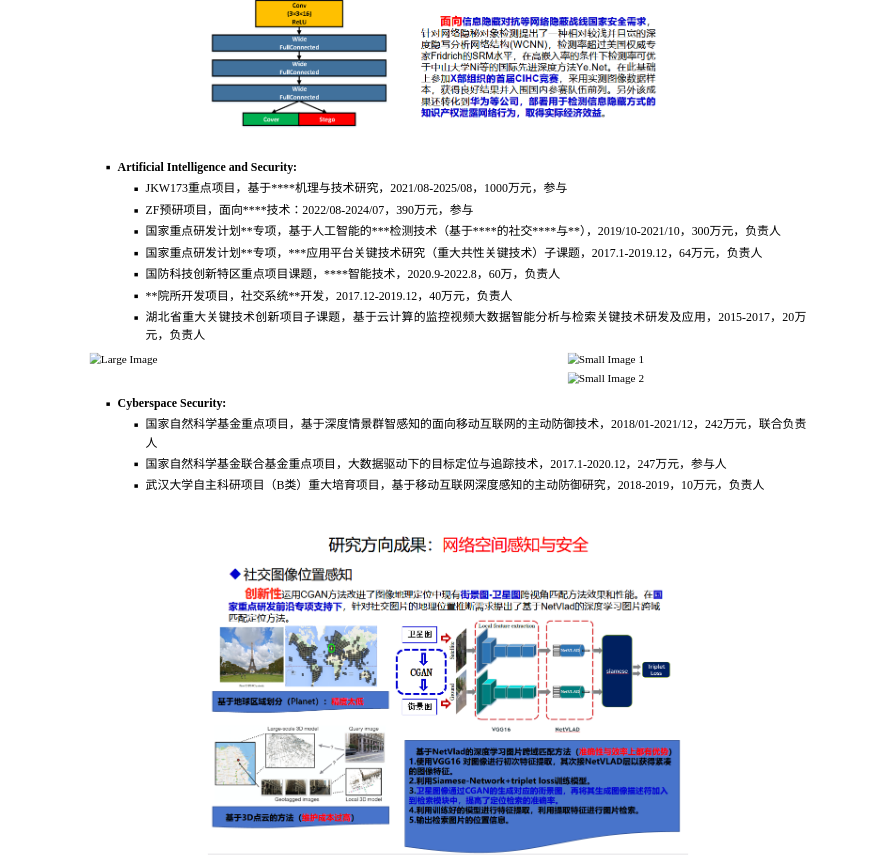
Repository: yedengpan/yedengpan.github.io
Page: research.html
These files come from the project's save history. The page is drawn as it stood at one moment and after the next save; the edit follows.
The browser window is 1280 px wide. The pictures show the part of the page from y = 797 to 2717 px (the page is 2026 px tall before and 2717 px after), at 70% of full size.

Above is the page before, as saved 2023-12-04 15:45:59.
Console error: SyntaxError: Unexpected token '%'
Not found: path/to/large-image.jpg
Not found: path/to/small-image1.jpg
Not found: path/to/small-image2.jpg

### research.html
<!DOCTYPE html PUBLIC "-//W3C//DTD XHTML 1.1//EN" "http://www.w3.org/TR/xhtml11/DTD/xhtml11.dtd">
<html xmlns="http://www.w3.org/1999/xhtml" xml:lang="en">
<head>
    <meta http-equiv="Content-Type" content="text/html; charset=UTF-8" />
    <meta name="generator" content="jemdoc, see http://jemdoc.jaboc.net/" />

    <link rel="stylesheet" href="./source_files/jemdoc.css" type="text/css" />
    <title>主持或参加科研项目</title>
    <script type="text/javascript" src="./source_files/jquery-1.12.4.min.js"></script>
    <script src="./source_files/main.js"></script>
    <title>插入图片</title>
    <style>
        .center-image {
            display: block;
            margin: 0 auto;
            width: 67%;
        }
    </style>


    <style>
        .image-container {
            display: flex;
        }

        .large-image {
            flex: 2; /* 占据总宽度的 2/3 */
            width: 100%;
            height: auto;
        }

        .small-images {
            flex: 1; /* 占据总宽度的 1/3 */
            display: flex;
            flex-direction: column; /* 垂直排列 */
        }

        .small-images img {
            width: 100%;
            height: auto;
            margin-bottom: 10px; /* 图片之间的垂直间距 */
        }
    </style>

</head>
<body class="my-body">
    <div id="layout-content">

        <div id="toptitle">
            <h1 width=100% id="home">
                &nbsp;&nbsp;&nbsp;&nbsp;
                <font color="#880000">叶登攀 @ 武汉大学</font>
                &nbsp;&nbsp;&nbsp;&nbsp;&nbsp;&nbsp;&nbsp;&nbsp;&nbsp;&nbsp;&nbsp;&nbsp;&nbsp;&nbsp;&nbsp;&nbsp;&nbsp;&nbsp;
                <a href="./index.html"><font color="#880000" size="4.0px">主页</font></a>
                &nbsp;&nbsp;
                <a href="./research.html"><font color="#880000" size="4.0px">Research &nbsp;&nbsp;</font></a>
                <a href="./publication.html"><font color="#880000" size="4.0px">Publication &nbsp;&nbsp;</font></a>
                <a href="./patent.html"><font color="#880000" size="4.0px">授权与专利 &nbsp;&nbsp;</font></a>
                <a href="./awards.html"><font color="#880000" size="4.0px">竞赛和获奖 &nbsp;&nbsp;</font></a>
                <a href="./student.html"><font color="#880000" size="4.0px">指导学生 &nbsp;&nbsp;</font></a>                &nbsp;&nbsp;&nbsp;&nbsp;
            </h1>
        </div>

        <br /> <br />

        <h2>研究介绍</h2>

        <ul>
            <li>
                <p style="text-align:justify;">
                    长期坚持网络与信息安全、大数据与人工智能等国家安全战略研究方向，深入对接国家安全隐蔽战线前沿需求，为国防科技做出了应有贡献。
                    在信息隐藏对抗方向首次提出利用对抗样本安全隐写思想，设计了一种能够有效欺骗基于CNN隐写分析器的安全隐写策略；在网络空间地理图像定位领域，提出基于CGAN的图像地理定位新方法，改进现有街景图-卫星图跨视角匹配的定位准确性；
                    在多媒体虚假内容检测方面，提出一系列针对深度伪造对抗的新理论和新方法，并在实际应用中的跨库和少样本条件下的检测和防御难题上取得若干突破。
                    以上相关技术部署应用到国家X部重点研发示范应用、360、华为技术有限公司等单位，并得到积极评价和实际效益。

                </p>
            </li>
        </ul>



        <h2>主持或参加科研项目</h2>
        <ul>
            <!--            <li><p style="text-align:justify;"><b>Image Processing and Steganalysis:</b></p></li>
        -->
            <li><p style="text-align:justify;"><b>Watermarking and Information Hiding:</b></p></li>
            <ul>
                <li><p style="text-align:justify;"> 国家自然科学基金面上项目，面向安全图像隐写应用的通用鲁棒对抗样本理论方法研究，2021/01-2024/12，57万元，负责人</p></li>
                <li><p style="text-align:justify;"> 国家自然科学基金联合基金培育项目，大数据环境下的深度图像隐写分析关键技术研究，2017.1-2019.12，68万元，负责人</p></li>
                <li><p style="text-align:justify;"> 国家自然科学基金面上项目，面向多媒体密域的客户端数字指纹同态化嵌入理论和技术，2013/01-2016/12，79万元，负责人</p></li>
                <li><p style="text-align:justify;"> 国家自然科学基金面上项目，基于去同步思想的实时视频数字指纹技术研究，2010/01-2012/12，18万元，负责人</p></li>

                <li><p style="text-align:justify;"> 华为开发项目，反信息隐藏技术开发，2015-2016，30万元，负责人</p></li>
            </ul>
        </ul>
        <img class="center-image" src="./source_files/111.png" alt="information_hiding" />

        <ul>
            <li><p style="text-align:justify;"><b>Artificial Intelligence and Security:</b></p></li>
            <ul>
                <li><p style="text-align:justify;"> JKW173重点项目，基于****机理与技术研究，2021/08-2025/08，1000万元，参与</p></li>
                <li><p style="text-align:justify;"> ZF预研项目，面向****技术：2022/08-2024/07，390万元，参与</p></li>
                <li><p style="text-align:justify;"> 国家重点研发计划**专项，基于人工智能的***检测技术（基于****的社交****与**），2019/10-2021/10，300万元，负责人</p></li>

                <li><p style="text-align:justify;"> 国家重点研发计划**专项，***应用平台关键技术研究（重大共性关键技术）子课题，2017.1-2019.12，64万元，负责人</p></li>
                <li><p style="text-align:justify;"> 国防科技创新特区重点项目课题，****智能技术，2020.9-2022.8，60万，负责人</p></li>
                <li><p style="text-align:justify;"> **院所开发项目，社交系统**开发，2017.12-2019.12，40万元，负责人</p></li>

                <li><p style="text-align:justify;"> 湖北省重大关键技术创新项目子课题，基于云计算的监控视频大数据智能分析与检索关键技术研发及应用，2015-2017，20万元，负责人</p></li>
            </ul>
        </ul>
        <!-- <img class="center-image" src="./source_files/222.png" alt="artificial_security" /> -->

        <div class="image-container">
            <img class="large-image" src="path/to/large-image.jpg" alt="Large Image">
            <div class="small-images">
                <img src="path/to/small-image1.jpg" alt="Small Image 1">
                <img src="path/to/small-image2.jpg" alt="Small Image 2">
            </div>
        </div>

        <ul>
            <li><p style="text-align:justify;"><b> Cyberspace Security:</b></p></li>
            <ul>
                <li><p style="text-align:justify;"> 国家自然科学基金重点项目，基于深度情景群智感知的面向移动互联网的主动防御技术，2018/01-2021/12，242万元，联合负责人</p></li>
                <li><p style="text-align:justify;"> 国家自然科学基金联合基金重点项目，大数据驱动下的目标定位与追踪技术，2017.1-2020.12，247万元，参与人</p></li>
                <li><p style="text-align:justify;"> 武汉大学自主科研项目（B类）重大培育项目，基于移动互联网深度感知的主动防御研究，2018-2019，10万元，负责人</p></li>

            </ul>
        </ul>
        <img class="center-image" src="./source_files/333.png" alt="cyberspace_security" />

    </div>
</body>
</html>

### source_files/jemdoc.css
/* Default css file for jemdoc. */

table#tlayout {
    border: none;
    border-collapse: separate;
    background: white;
}

/*body.my-body {
	background: white;*/
	/*	font-family: Georgia, serif;*/
	/*font-family: "Times New Roman", Sans-serif, Serif, Arial, Helvetica, sans-serif;
	padding-bottom: 8px;
	margin: 0;
	text-align: center;
}*/


/* 设置英文文字的字体样式 */
:lang(en) {
	font-family: "Arial", sans-serif;
}

/* 排除其他语言的文字样式设置 */
:not(:lang(en)) {
	font-family: inherit;
}


#layout-menu {
	background: #f6f6f6;
	border: 1px solid #dddddd;
	padding-top: 0.5em;
	padding-left: 8px;
	padding-right: 8px;
	font-size: 1.0em;
	width: auto;
	white-space: nowrap;
    text-align: left;
    vertical-align: top;
}

#layout-menu td {
	background: #f4f4f4;
    vertical-align: top;
}

#layout-content {
	padding-top: 0.0em;
	padding-left: 1.0em;
	padding-right: 1.0em;
    border: none;
    background: white;
    text-align: left;
    vertical-align: top;
    /* width:950px; */
    width:1024px;
	/* width:1024px; */
    margin: auto;
}

#layout-menu a {
	line-height: 1.5em;
	margin-left: 0.5em;
}

tt {
    background: #ffffdd;
}

pre, tt {
	font-size: 90%;
	font-family: monaco, monospace;
}

a, a > tt {
	/*color: #0000FF;*/
  color: #0055AA;
	text-decoration: none;
}

a:hover {
	border-bottom: 1px gray dotted;
}

#layout-menu a.current:link, #layout-menu a.current:visited {
	color: #022b6d;
	border-bottom: 1px gray solid;
}
#layout-menu a:link, #layout-menu a:visited, #layout-menu a:hover {
	color: #527bbd;
	text-decoration: none;
}
#layout-menu a:hover {
	text-decoration: none;
}

div.menu-category {
	border-bottom: 1px solid gray;
	margin-top: 0.8em;
	padding-top: 0.2em;
	padding-bottom: 0.1em;
	font-weight: bold;
}

div.menu-item {
	padding-left: 16px;
	text-indent: -16px;
}

div#toptitle {
	padding-bottom: 0.2em;
	margin-bottom: 1.5em;
	border-bottom: 3px double gray;
  position:fixed;

}

/* Reduce space if we begin the page with a title. */
div#toptitle + h2, div#toptitle + h3 {
	margin-top: -0.7em;
}

div#subtitle {
	margin-top: 0.0em;
	margin-bottom: 0.0em;
	padding-top: 0em;
	padding-bottom: 0.1em;
}

em {
	font-style: italic;
}

strong {
	font-weight: bold;
}


h1, h2, h3 {
	color: #000000;
	margin-top: 0.9em;
	margin-bottom: 0.3em;
	padding-bottom: 0.2em;
	line-height: 1.0;
	padding-top: 0.5em;
	border-bottom: 1px solid #aaaaaa;
}

h1 {
	font-size: 165%;
  /*background: #003366;*/
  background: #C7C6C6;
  line-height: 1.5;
}

h2 {
	padding-top: 0.8em;
	font-size: 125%;
}

h2 + h3 {
    padding-top: 0.2em;
}

h3 {
	font-size: 110%;
	border-bottom: none;
}

p {
	margin-top: 0.0em;
	margin-bottom: 0.8em;
	padding: 0;
	line-height: 1.5;
  /*size of font in body*/
  font-size: 17px;
}

pre {
	padding: 0;
	margin: 0;
}

div#footer {
	font-size: small;
	border-top: 1px solid #c0c0c0;
	padding-top: 0.1em;
	margin-top: 4.0em;
	color: #c0c0c0;
}

div#footer a {
	color: #80a0b0;
}

div#footer-text {
	float: left;
	padding-bottom: 8px;
}

ul, ol, dl {
	margin-top: 0.2em;
	padding-top: 0;
	margin-bottom: 0.8em;
}

dt {
	margin-top: 0.5em;
	margin-bottom: 0;
}

dl {
	margin-left: 20px;
}

dd {
	color: #222222;
}

dd > *:first-child {
	margin-top: 0;
}

ul {
	list-style-position: outside;
	list-style-type: square;
}

p + ul, p + ol {
	margin-top: -0.5em;
}

li ul, li ol {
	margin-top: -0.3em;
}

ol {
	list-style-position: outside;
	list-style-type: decimal;
}

li p, dd p {
	margin-bottom: 0.3em;
}


ol ol {
	list-style-type: lower-alpha;
}

ol ol ol {
	list-style-type: lower-roman;
}

p + div.codeblock {
	margin-top: -0.6em;
}

div.codeblock, div.infoblock {
	margin-right: 0%;
	margin-top: 1.2em;
	margin-bottom: 1.3em;
}

div.blocktitle {
	font-weight: bold;
	color: #cd7b62;
	margin-top: 1.2em;
	margin-bottom: 0.1em;
}

div.blockcontent {
	border: 1px solid silver;
	padding: 0.3em 0.5em;
}

div.infoblock > div.blockcontent {
	background: #ffffee;
}

div.blockcontent p + ul, div.blockcontent p + ol {
	margin-top: 0.4em;
}

div.infoblock p {
	margin-bottom: 0em;
}

div.infoblock li p, div.infoblock dd p {
	margin-bottom: 0.5em;
}

div.infoblock p + p {
	margin-top: 0.8em;
}

div.codeblock > div.blockcontent {
	background: #f6f6f6;
}

span.pycommand {
	color: #000070;
}

span.statement {
	color: #008800;
}
span.builtin {
	color: #000088;
}
span.special {
	color: #990000;
}
span.operator {
	color: #880000;
}
span.error {
	color: #aa0000;
}
span.comment, span.comment > *, span.string, span.string > * {
	color: #606060;
}

@media print {
	#layout-menu { display: none; }
}

#fwtitle {
	margin: 2px;
}

#fwtitle #toptitle {
	padding-left: 0.5em;
	margin-bottom: 0.5em;
}

#layout-content h1:first-child, #layout-content h2:first-child, #layout-content h3:first-child {
	margin-top: -0.7em;
}

div#toptitle h1, #layout-content div#toptitle h1 {
	margin-bottom: 0.0em;
	padding-bottom: 0.1em;
	padding-top: 0;
	margin-top: 0.5em;
	border-bottom: none;
}

img.eq {
	padding: 0;
	padding-left: 0.1em;
	padding-right: 0.1em;
	margin: 0;
}

img.eqwl {
	padding-left: 2em;
	padding-top: 0.6em;
	padding-bottom: 0.2em;
	margin: 0;
}

table {
    border: 2px solid black;
    border-collapse: collapse;
}

td {
    padding: 2px;
    padding-left: 0.5em;
    padding-right: 0.5em;
    text-align: center;
    border: 1px solid gray;
}

table + table {
    margin-top: 1em;
}

tr.heading {
    font-weight: bold;
    border-bottom: 2px solid black;
}

img {
    border: none;
}

table.imgtable, table.imgtable td {
    border: none;
    text-align: left;
    padding-top: 4em;
}

### static/js/main.js
---
---
$(function() {
  deadlineByConf = {};

  {% for conf in site.data.conferences %}
  {% assign conf_id = conf.name | append: conf.year | slugify %}
  {% if conf.deadline == "TBA" %}
  $('#{{ conf_id }} .timer').html("TBA");
  $('#{{ conf_id }} .deadline-time').html("TBA");
  deadlineByConf["{{ conf_id }}"] = null;

  {% else %}
  var rawDeadlines = {{ conf.deadline | jsonify }} || [];
  if (rawDeadlines.constructor !== Array) {
    rawDeadlines = [rawDeadlines];
  }
  var parsedDeadlines = [];
  while (rawDeadlines.length > 0) {
    var rawDeadline = rawDeadlines.pop();
    // check if date is template
    if (rawDeadline.indexOf('%m') >= 0) {
      for (var m = 1; m <= 12; m++) {
        rawDeadlines.push(rawDeadline.replace('%m', m < 10 ? '0' + m : m));
      }
    } else if (rawDeadline.indexOf('%y') >= 0) {
      year = parseInt(moment().year());
      rawDeadlines.push(rawDeadline.replace('%y', year));
      rawDeadlines.push(rawDeadline.replace('%y', year + 1));

    } else {
      // adjust date according to deadline timezone
      {% if conf.timezone %}
      var deadline = moment.tz(rawDeadline, "{{ conf.timezone }}");
      {% else %}
      var deadline = moment.tz(rawDeadline, "Etc/GMT+12"); // Anywhere on Earth
      {% endif %}

      // post-process date
      if (deadline.minutes() === 0) {
        deadline.subtract(1, 'seconds');
      }
      if (deadline.minutes() === 59) {
        deadline.seconds(59);
      }
      parsedDeadlines.push(deadline);
    }
  }

  // check which deadline is closest
  var confDeadline = parsedDeadlines[0];
  var today = moment();
  for (var i = 1; i < parsedDeadlines.length; i++) {
    deadlineCandidate = parsedDeadlines[i];
    if ((today.diff(deadlineCandidate) < 0 && today.diff(deadlineCandidate) > today.diff(confDeadline))) {
      confDeadline = deadlineCandidate;
    }
  }

  // render countdown timer
  if (confDeadline) {
    function make_update_countdown_fn(confDeadline) {
      return function(event) {
        diff = moment() - confDeadline
        if (diff <= 0) {
           $(this).html(event.strftime('%D days %Hh %Mm %Ss'));
        } else {
          $(this).html(confDeadline.fromNow());
        }
      }
    }
    $('#{{ conf_id }} .timer').countdown(confDeadline.toDate(), make_update_countdown_fn(confDeadline));
    // check if date has passed, add 'past' class to it
    if (moment() - confDeadline > 0) {
      $('#{{ conf_id }}').addClass('past');
    }
    $('#{{ conf_id }} .deadline-time').html(confDeadline.local().format('D MMM YYYY, h:mm:ss a'));
    deadlineByConf["{{ conf_id }}"] = confDeadline;
  }
  {% endif %}
  {% endfor %}

  // Reorder list
  confs = $('.conf');
  confs.detach().sort(function(a, b) {
    var today = moment();
    var a = deadlineByConf[a.id];
    var b = deadlineByConf[b.id];
    var diff1 = today.diff(a)
    var diff2 = today.diff(b)
    if (a == null && b == null) {
      return 0;
    }
    if (a == null && diff2 > 0) {
      return -1;
    }
    if (a == null && diff2 < 0) {
      return +1;
    }
    if (b == null && diff1 > 0) {
      return +1;
    }
    if (b == null && diff1 < 0) {
      return -1;
    }
    if (diff1 < 0 && diff2 > 0) {
      return -1;
    }
    if (diff1 > 0 && diff2 < 0) {
      return +1;
    }
    if (diff1 < 0 && diff2 < 0) {
      return -1 ? diff1 < diff2 : +1;
    }
    if (diff1 > 0 && diff2 > 0) {
      return -1 ? a < b : +1;
    }
  });
  $('.conf-container').append(confs);

  // Set checkboxes
  var conf_type_data = {{ site.data.types | jsonify }};
  var all_tags = [];
  var toggle_status = {};
  for (var i = 0; i < conf_type_data.length; i++) {
    all_tags[i] = conf_type_data[i]['tag'];
    toggle_status[all_tags[i]] = false;
  }
  var tags = store.get('{{ site.domain }}');
  if (tags === undefined) {
    tags = all_tags;
  }
  for (var i = 0; i < tags.length; i++) {
    $('#' + tags[i] + '-checkbox').prop('checked', true);
    toggle_status[tags[i]] = true;
  }
  store.set('{{ site.domain }}', tags);

  function update_conf_list() {
    confs.each(function(i, conf) {
      var conf = $(conf);
      var show = false;
      for (var i = 0; i < all_tags.length; i++) {
        if(conf.hasClass(all_tags[i])) {
          show = show | toggle_status[all_tags[i]];
        }
      }
      if (show) {
        conf.show();
      } else {
        conf.hide()
      }
    });
  }
  update_conf_list();

  // Event handler on checkbox change
  $('form :checkbox').change(function(e) {
    var checked = $(this).is(':checked');
    var tag = $(this).prop('id').slice(0, -9);
    toggle_status[tag] = checked;

    if (checked == true) {
      if (tags.indexOf(tag) < 0)
        tags.push(tag);
    }
    else {
      var idx = tags.indexOf(tag);
      if (idx >= 0)
        tags.splice(idx, 1);
    }
    store.set('{{ site.domain }}', tags);
    update_conf_list();
  });
});

Loaded but not shown: source_files/jquery-1.12.4.min.js (library)

After the next save:
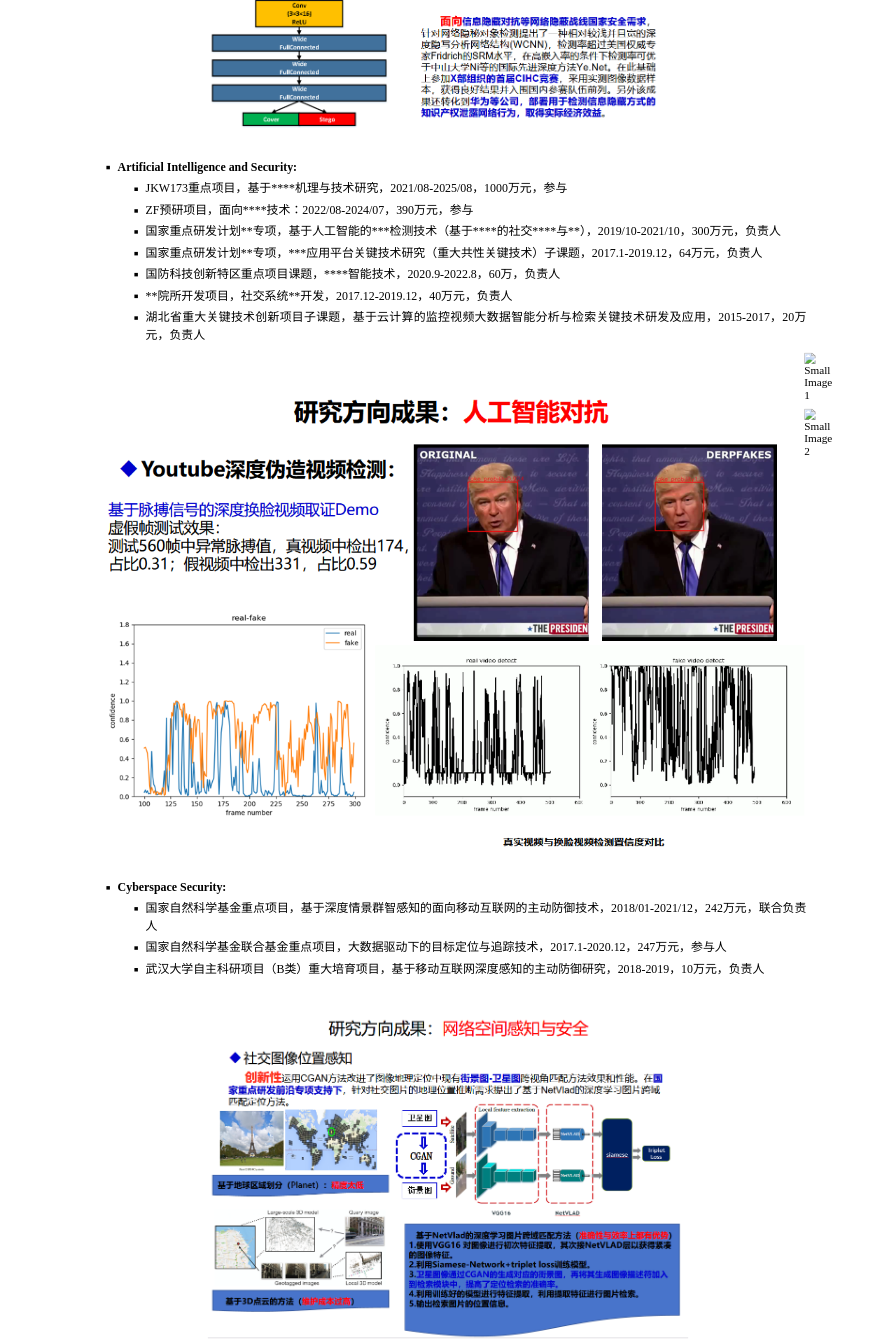
Saved 10 s later.
--- a/research.html
+++ b/research.html
@@ -112,7 +112,7 @@
         <!-- <img class="center-image" src="./source_files/222.png" alt="artificial_security" /> -->
 
         <div class="image-container">
-            <img class="large-image" src="path/to/large-image.jpg" alt="Large Image">
+            <img class="large-image" src="./source_files/222.png" alt="Large Image">
             <div class="small-images">
                 <img src="path/to/small-image1.jpg" alt="Small Image 1">
                 <img src="path/to/small-image2.jpg" alt="Small Image 2">
